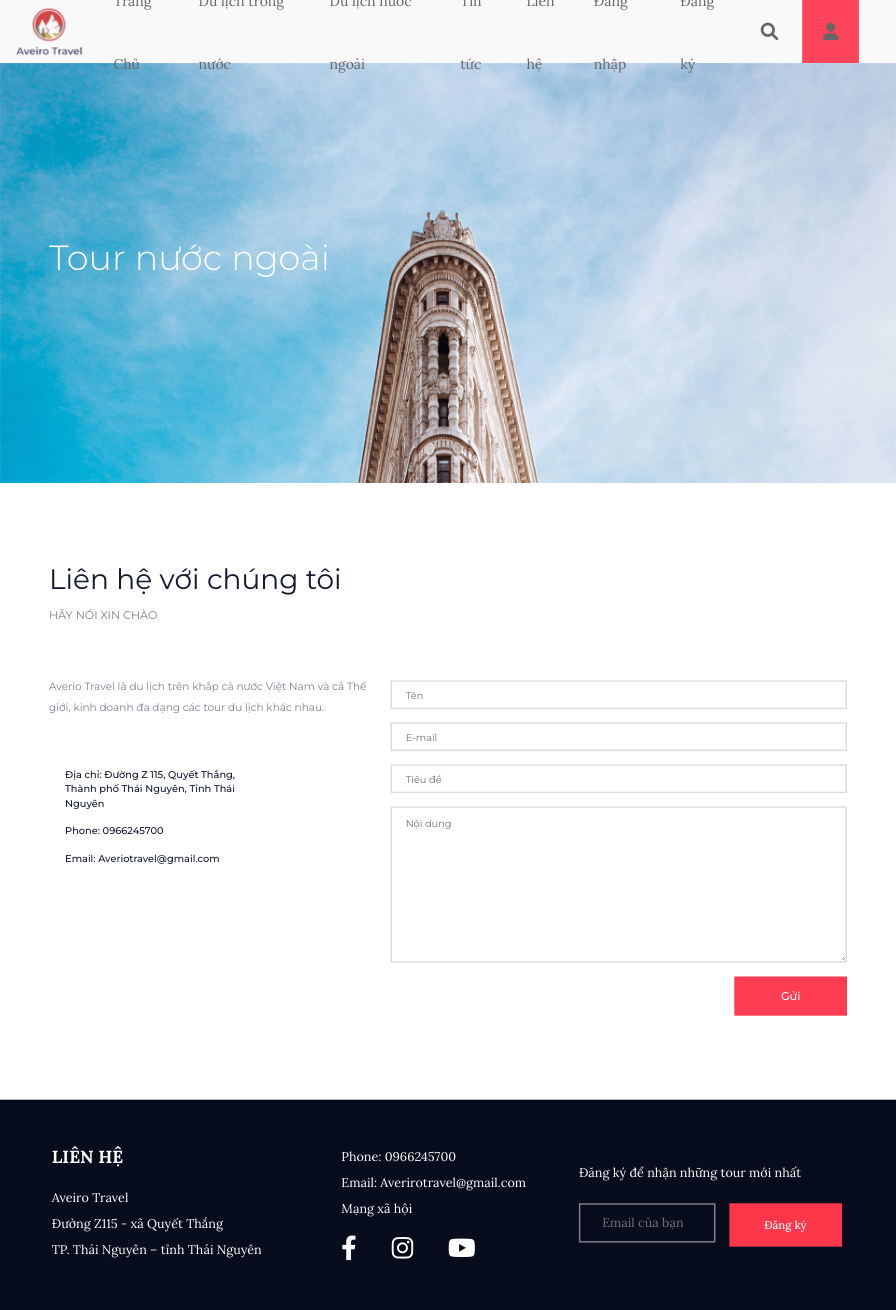
Repository: tuan842001/demotest
Page: /contact
An editor plug-in stored every save of this project. The page is shown before and after the next save, followed by the edit.
The browser window is 1280 px wide. The pictures show the whole page, at 70% of full size.
The project was rebuilt for these pictures with package versions that can differ from the ones it lists, and the page was loaded fresh each time. Also part of the build but not shown: src/components/header/HeaderHome.jsx, src/components/top/top.css, src/components/post/post.css, src/components/post/Post.jsx, src/components/intourPost/intourPost.css, src/components/intourPost/IntourPost.jsx, src/components/posts/posts.css, src/components/posts/Posts.jsx and 20 more.

Above is the page before, as saved 2021-10-16 23:00:32.

### public/index.html
<!DOCTYPE html>
<html lang="en">
  <head>
    <meta charset="utf-8" />
    <link rel="icon" href="%PUBLIC_URL%/favicon.ico" />
    <meta name="viewport" content="width=device-width, initial-scale=1" />
    <meta name="theme-color" content="#000000" />
    <meta name="description" content="Web site created using create-react-app"/>
    <link href="https://fonts.googleapis.com/css2?family=Lora:wght@400;500;600;700&display=swap" rel="stylesheet">
    <link rel="stylesheet" href="https://cdnjs.cloudflare.com/ajax/libs/font-awesome/6.0.0-beta2/css/all.min.css" integrity="sha512-YWzhKL2whUzgiheMoBFwW8CKV4qpHQAEuvilg9FAn5VJUDwKZZxkJNuGM4XkWuk94WCrrwslk8yWNGmY1EduTA==" crossorigin="anonymous" referrerpolicy="no-referrer" />
    <link href="https://fonts.googleapis.com/css2?family=Lora:ital,wght@1,700&family=Montserrat:wght@200&display=swap" rel="stylesheet">
    <link href="https://fonts.googleapis.com/css2?family=Montserrat:wght@400;500;600;700;800;900&display=swap" rel="stylesheet">
	  <Link rel="stylesheet" href="./assets/styles/bootstrap4/popper.js">
	  <Link rel="stylesheet" href="./assets/styles/bootstrap4/bootstrap.min.js">
	  <Link rel="stylesheet" href="./assets/styles/bootstrap4/bootstrap.min.css">
	  <Link rel="stylesheet" href="./assets/styles/plugins/OwlCarousel2-2.2.1/owl.carousel.css">
	  <Link rel="stylesheet" href="./assets/styles/main_styles.css">
      <!--  -->
      <link rel="stylesheet"  href="./assets/styles/bootstrap4/bootstrap.min.css">
      <Link rel="stylesheet"  href="./assets/styles/js/jquery-3.2.1.min.js">
      <Link rel="stylesheet"  href="./assets/styles/bootstrap4/popper.js">
      <Link rel="stylesheet"  href="./assets/styles/bootstrap4/bootstrap.min.js">
      <Link rel="stylesheet"  href="./assets/plugins/OwlCarousel2-2.2.1/owl.carousel.js">
      <Link rel="stylesheet"  href="./assets/plugins/easing/easing.js">
      <Link rel="stylesheet"  href="./assets/plugins/parallax-js-master/parallax.min.js">
      <Link rel="stylesheet"  href="./assets/plugins/magnific-popup/jquery.magnific-popup.min.js">
      <Link rel="stylesheet"  href="./assets/styles/js/custom.js">
      <!--  -->
      <link
      rel="stylesheet"
      href="https://unpkg.com/swiper/swiper-bundle.min.css"
    />
    <title>Aveiro Travel</title>
  </head>
  <body>
    <noscript>You need to enable JavaScript to run this app.</noscript>
    <div id="root"></div>
  </body>
</html>

### src/pages/contact/Contact.jsx
import HeaderOuttour from "../../components/header/HeaderOuttour";
import Bottombar from "../../components/bottombar/Bottombar";
import "./contact.css";

export default function Contact() {
  return (
    <>
      <HeaderOuttour />
      <div className="contact">
        <div className="container">
          <div className="row">
            <div className="col">
              <div className="contactTitle">Liên hệ với chúng tôi</div>
              <div className="contactSubtitle">Hãy nói xin chào</div>
            </div>
          </div>
          <div className="row contactContent">
            <div className="col-lg-5">
              <div className="contactText">
                <p>
                  Averio Travel là du lịch trên khắp cả nước Việt Nam và cả Thế
                  giới, kinh doanh đa dạng các tour du lịch khác nhau.
                </p>
              </div>
              <div className="contactInfo">
                <div className="contactInfoContainer">
                  <ul>
                    <li>
                      Địa chỉ: Đường Z 115, Quyết Thắng, Thành phố Thái Nguyên,
                      Tỉnh Thái Nguyên
                    </li>
                    <li>Phone: 0966245700</li>
                    <li>Email: Averiotravel@gmail.com</li>
                  </ul>
                </div>
              </div>
            </div>
            <div className="col-lg-7">
              <div className="contactFormContainer">
                <form action="#" id="contact_form" class="clearfix">
                  <input
                    id="contact_input_name"
                    class="contact_input contact_input_name"
                    type="text"
                    placeholder="Tên"
                    required="required"
                    data-error="Name is required."
                  />
                  <input
                    id="contact_input_email"
                    class="contact_input contact_input_email"
                    type="text"
                    placeholder="E-mail"
                    required="required"
                    data-error="E-mail is required."
                  />
                  <input
                    id="contact_input_subject"
                    class="contact_input contact_input_subject"
                    type="text"
                    placeholder="Tiêu đề"
                  />
                  <textarea
                    id="contact_input_message"
                    class="contact_message_input contact_input_message"
                    name="message"
                    placeholder="Nội dung"
                    required="required"
                    data-error="Please, write us a message."
                  ></textarea>
                  <button
                    id="contact_send_btn"
                    type="submit"
                    class="contact_send_btn trans_200"
                    value="Submit"
                  >
                    Gửi
                  </button>
                </form>
              </div>
            </div>
          </div>
        </div>
      </div>
      <Bottombar />
    </>
  );
}

### src/components/topbar/TopBar.jsx
import { Link } from "react-router-dom";
import React from "react";
import "./topbar.css";

export default function TopBar() {
  const user = false;
  return (
    <div className="top">
      <div className="topLeft">
        <img
          className="topImg"
          src="./assets/images/logoAveiroTravel.png"
          alt=""
        />
      </div>
      <div className="topCenter">
        <ul className="topList">
          <li className="topListItem">
            <Link
              style={{
                textDecoration: "none",
                color: "inherit",
                fontsize: "20px",
              }}
              to="/"
            >
              Trang Chủ
            </Link>
          </li>
          <li className="topListItem">
            <Link
              style={{
                textDecoration: "none",
                color: "inherit",
                fontsize: "20px",
              }}
              to="/intour"
            >
              Du lịch trong nước
            </Link>
          </li>
          <li className="topListItem">
            <Link
              style={{
                textDecoration: "none",
                color: "inherit",
                fontsize: "20px",
              }}
              to="/outtour"
            >
              Du lịch nước ngoài
            </Link>
          </li>
          <li className="topListItem">
            <Link
              style={{
                textDecoration: "none",
                color: "inherit",
                fontsize: "20px",
              }}
              to="/news"
            >
              Tin tức
            </Link>
          </li>
          <li className="topListItem">
            <Link
              style={{
                textDecoration: "none",
                color: "inherit",
                fontsize: "20px",
              }}
              to="/contact"
            >
              Liên hệ
            </Link>
          </li>
          <li className="topListItem">
            <Link
              style={{
                textDecoration: "none",
                color: "inherit",
                fontsize: "20px",
              }}
              to="/login"
            >
              Đăng nhập
            </Link>
          </li>
          <li className="topListItem">
            <Link
              style={{
                textDecoration: "none",
                color: "inherit",
                fontsize: "20px",
              }}
              to="/register"
            >
              Đăng ký
            </Link>
          </li>
        </ul>
      </div>
      <div className="topRight">
        <div className="topList">
          <div className="topSeach">
            <i className="topSearchIcon fas fa-search"></i>
          </div>
          <div className="topUser">
            <i class="topSearchIcon fas fa-user"></i>
          </div>
        </div>
      </div>
    </div>
  );
}

### src/components/bottombar/Bottombar.jsx
import "./bottombar.css";

export default function Bottombar() {
  return (
    <div className="bottombar">
      <div className="bottomLeft">
        <span className="bottomTitle">LIÊN HỆ</span>
        <span className="bottomText">Aveiro Travel</span>
        <span className="bottomText">Đường Z115 - xã Quyết Thắng</span>
        <span className="bottomText">TP. Thái Nguyên – tỉnh Thái Nguyên</span>
      </div>
      <div className="bottomCenter">
        <span className="bottomText">Phone: 0966245700</span>
        <span className="bottomText">Email: Averirotravel@gmail.com</span>
        <span className="bottomText">
          Mạng xã hội <i></i>
        </span>
        <div className="bottomItem">
          <i className="bottomIcon fab fa-facebook-f"></i>
          <i className="bottomIcon fab fa-instagram"></i>
          <i className="bottomIcon fab fa-youtube"></i>
        </div>
      </div>
      <div className="bottomRight">
        <span className="bottomText">Đăng ký để nhận những tour mới nhất</span>
        <div className="bottomSubscribe">
          <input
            type="email"
            id="bottom_input"
            className="bottom_input"
            placeholder="Email của bạn"
          />
          <button type="submit" id="bottom_button" class="bottom_button">
            Đăng ký
          </button>
        </div>
      </div>
    </div>
  );
}

### src/app.css
*{
    margin: 0;
    padding: 0;
    -webkit-font-smoothing: antialiased;
    -webkit-text-shadow: rgba(0,0,0,.01) 0 0 1px;
    text-shadow: rgb(0 0 0 / 1%) 0 0 1px;
}
body{
    font-family: 'Montserrat', sans-serif;
    font-size: 14px;
    font-weight: 400;
    background: #FFFFFF;
    color: #131a2f;
}
ul{
    list-style: none;
    margin-bottom: 0px;
    padding-left: 0rem !important;
}
a{
    display: block;
    font-size: 16px;
    font-weight: 500;
    line-height: 56px;
    text-decoration: none;
    background-color: transparent;
}

.sectionTitle{
    padding-top: 30px;
    line-height: 1.1;
    font-size: 40px;
    font-weight: 300;
    text-align: center!important;

}
.sectionTitle div {
    font-size: 16px;
    font-weight: 600;
    color: #7d8293;
    text-transform: uppercase;
    margin-top: 19px;
}
img{
    vertical-align: middle;
    border-style: none;
}
/* div{
    display: block;
    position: relative;
    -webkit-box-sizing: border-box;
    -moz-box-sizing: border-box;
    box-sizing: border-box;
} */


.dropdown-content {
    display: none;
    position: absolute;
    right: 0;
    top: 100%;
    margin: 0;
    width: 100%;
    background: #FFFFFF;

    z-index: 1;
    box-shadow: 0 15px 25px rgb(63 78 100 / 15%);
}

.dropdown:hover .dropdown-content {
    display: block;
}
.btn-primary {
    color: #fff;
    background-color: #fe435b;
    border-color: #fe435b;
    font-weight: 500;
}

### src/components/header/HeaderOuttour.jsx
import "./header.css";

export default function HeaderOuttour() {
  return (
    <div>
      <div className="headerIntour">
        <div className="headerIntourBackground">
          <img src="./assets/images/news.jpg" alt="" />
        </div>
        <div class="container">
          <div class="row">
            <div class="col">
              <div class="header_content">
                <div class="header_content_inner">
                  <div class="header_title">Tour nước ngoài</div>
                  <div class="header_breadcrumbs">
                    <ul class="header_breadcrumbs_list">
                      <li class="header_breadcrumb"></li>
                    </ul>
                  </div>
                </div>
              </div>
            </div>
          </div>
        </div>
      </div>
    </div>
  );
}

### src/pages/contact/contact.css
.contact {
    padding-top: 107px;
    padding-bottom: 120px;
}
.contactTitle {
    font-size: 40px;
    font-weight: 400;
    color: #131a2f;
}
.contactSubtitle {
    font-size: 16px;
    text-transform: uppercase;
    color: #7d8293;
    margin-top: 10px;
}


.contactContent {
    margin-top: 74px;
}
.contactInfo {
    margin-top: 75px;
}
.contactText p {
    font-size: 15px;
    line-height: 2;
    font-weight: 400;
    color: #7d8293;
    -webkit-font-smoothing: antialiased;
    -webkit-text-shadow: rgba(0,0,0,.01) 0 0 1px;
    text-shadow: rgb(0 0 0 / 1%) 0 0 1px;
}
.contactInfoContainer {
    display: inline-block;
    vertical-align: top;
    margin-top: -4px;
    padding-left: 23px;
    max-width: 310px;
}
.contactInfoContainer ul li {
    font-size: 14px;
    color: #131a2f;
    font-weight: 500;
    margin-bottom: 18px;
}


.contactFormContainer {
    width: 100%;
    margin-top: 7px;
}
.contact_form_container {
    width: 100%;
    margin-top: 7px;
}
.contact_input {
    width: 100%;
    height: 41px;
    border: solid 2px #dbdbdb;
    padding-left: 20px;
    margin-bottom: 19px;
    outline: none;
}
.contact_input_message {
    width: 100%;
    height: 223px;
    border: solid 2px #dbdbdb;
    outline: none;
    padding-top: 13px;
    padding-left: 20px;
}
.contact_send_btn {
    width: 161px;
    height: 56px;
    background: rgba(254,60,82,1);
    border: none;
    outline: none;
    float: right;
    color: #FFFFFF;
    font-size: 16px;
    font-weight: 500;
    cursor: pointer;
    margin-top: 14px;
}

### src/components/topbar/topbar.css
.top{
    width: 100%;
    height: 90px;
    background-color: #f9f9f9;
    position: sticky;
    top: 0;
    display: flex;
    align-items: center;
    font-family: 'Lora', serif;
    color: #666;
    z-index: 999;
}

.topLeft{
    flex: 1;
    display: flex;
    align-items: center;
    justify-content: center;
}
.topCenter{
    flex: 8;
}
/* .topCenter ul{
    padding-left: 10rem !important;
}  */
.topRight{
    flex: 2;
    display: inline-flex;
    height: 100%;
    width: 100%;
}
.topImg{
    width: 140px;
    height: 90px;
    object-fit: cover;
}
.topList{
    height: 100%;
    display: inline-flex;
}
.topListItem{
    display: inline-block;
    position: relative;
    padding-top: 2px;
}
.topListItem a {
    display: block;
    font-size: 20px;
    font-weight: 400;
    line-height: 90px;
    padding-left: 22px;
    padding-right: 22px;
}
.topSearchIcon{
    font-size: 25px;
    width: 100%;
    color: #666;
    text-align: center;
    margin-left: auto;
    margin-right: auto;
    line-height: 90px;
    cursor: pointer;
}
.topListItem.active::after {
    display: block;
    position: absolute;
    bottom: 1px;
    left: 0;
    width: 100%;
    height: 3px;
    background: #fe435b;
    content: '';
}

.topSeach{
    width: 100%;
}
.topUser{
    width: 150px;
    background-color: #fe435b;
    float: right;
    margin-right: 0px;
}

### src/components/bottombar/bottombar.css
.bottombar{
    width: 100%;
    height: 300px;
    background-color: #080d1d;
    display: flex;
    align-items: center;
    font-family: 'Lora', serif;
    color: #fff;
    font-size: 18px;
    position: absolute;
}
.bottomLeft, .bottomCenter {
    flex: 3;
    display: flex;
    flex-direction: column;
    justify-content: center;
    margin-left: 74px;
}

.bottomRight{
    flex: 4;
    display: flex;
    flex-direction: column;
    justify-content: center;
}
.bottomTitle{
    font-size: 25px;
    font-weight: 700;
    margin-bottom: 25px;
}
.bottomText{
    margin-bottom: 10px;
}
.bottomIcon{
    font-size: 35px;
    margin-top: 15px;
    margin-right: 50px;
    cursor: pointer;
}
.bottomSubscribe{
    display: flex;
    margin-top: 20px;
}
.bottom_input{
    width: calc(65% - 100px);
    height: 56px;
    border: solid 2px rgba(255,255,255,0.5);
    outline: none;
    background: transparent;
    padding-left: 31px;
    color: #FFFFFF;
}
.bottom_button{
    width: 161px;
    height: 62px;
    vertical-align: top;
    cursor: pointer;
    border: none;
    outline: none;
    background: #fe364a;
    color: #FFFFFF;
    font-size: 16px;
    margin-left: 20px;
    font-weight: 500;
    -webkit-transition: all 200ms ease;
    -moz-transition: all 200ms ease;
    -ms-transition: all 200ms ease;
    -o-transition: all 200ms ease;
    transition: all 200ms ease;
}

### src/components/header/header.css
.header{
    width: 100%;
    height: 100vh;
    font-family: 'Montserrat', sans-serif;
}
.headerBackground, .headerBackground img{
    position: absolute;
    top: 0;
    left: 0;
    width: 100%;
    height: 100%;
    background-repeat: no-repeat;
    background-size: cover;
    background-position: center center;
}
.headerContent{
    position: absolute;
    top: 25%;
    left: 50%;
    -webkit-transform: translateX(-50%);
    -moz-transform: translateX(-50%);
    -ms-transform: translateX(-50%);
    -o-transform: translateX(-50%);
    transform: translateX(-50%);
    width: 80%;
    text-align: center;
}
.headerTitleSm{
    position: absolute;
    top: 50%;
    left: 48%;
    -webkit-transform: translate(-50%, -50%);
    -moz-transform: translate(-50%, -50%);
    -ms-transform: translate(-50%, -50%);
    -o-transform: translate(-50%, -50%);
    transform: translate(-50%, -50%);
    width: 100%;
    font-size: 72px;
    font-weight: 400;
    color: #FFFFFF;
    text-shadow: 0px 11px 51px rgb(0 0 0 / 35%);

}
.headerTitleLg{
    font-size: 220px;
    font-weight: 900;
    color: #fdaa27;
    opacity: 0.35;
    text-transform: uppercase;
    line-height: 0.75;
}

/* Header Intour */
.headerIntour{
    width: 100%;
    height: 600px;
}
.headerIntourBackground, .headerIntourBackground img{
    position: absolute;
    top: 0;
    left: 0;
    width: 100%;
    height: 100%;
    background-repeat: no-repeat;
    background-size: cover;
    background-position: center center;
}
.header_content {
    width: 100%;
    height: 601px;
}
.header_content_inner {
    position: absolute;
    top: 40%;
    left: 0;
    width: 100%;
    text-align: left;
}
.header_title {
    font-size: 50px;
    font-weight: 300;
    color: #FFFFFF;
}
.header_breadcrumbs {
    margin-top: -6px;
}

Loaded but not shown: src/index.js (common file); public/assets/styles/bootstrap4/popper.js (library); public/assets/styles/bootstrap4/bootstrap.min.js (library); public/assets/styles/bootstrap4/bootstrap.min.css (library); public/assets/styles/plugins/OwlCarousel2-2.2.1/owl.carousel.css (library); public/assets/styles/js/jquery-3.2.1.min.js (library); public/assets/styles/plugins/OwlCarousel2-2.2.1/owl.carousel.js (library); public/assets/styles/plugins/easing/easing.js (library); public/assets/styles/plugins/parallax-js-master/parallax.min.js (library); public/assets/styles/plugins/magnific-popup/jquery.magnific-popup.min.js (library); public/assets/styles/js/custom.js (219 lines, source omitted); src/App.js (51 lines, source omitted); public/assets/styles/main_styles.css (1627 lines, source omitted); src/pages/outtour/test.css (1543 lines, source omitted); src/pages/intour/intour.css (no stored copy; drawn as an empty file)

After the next save:
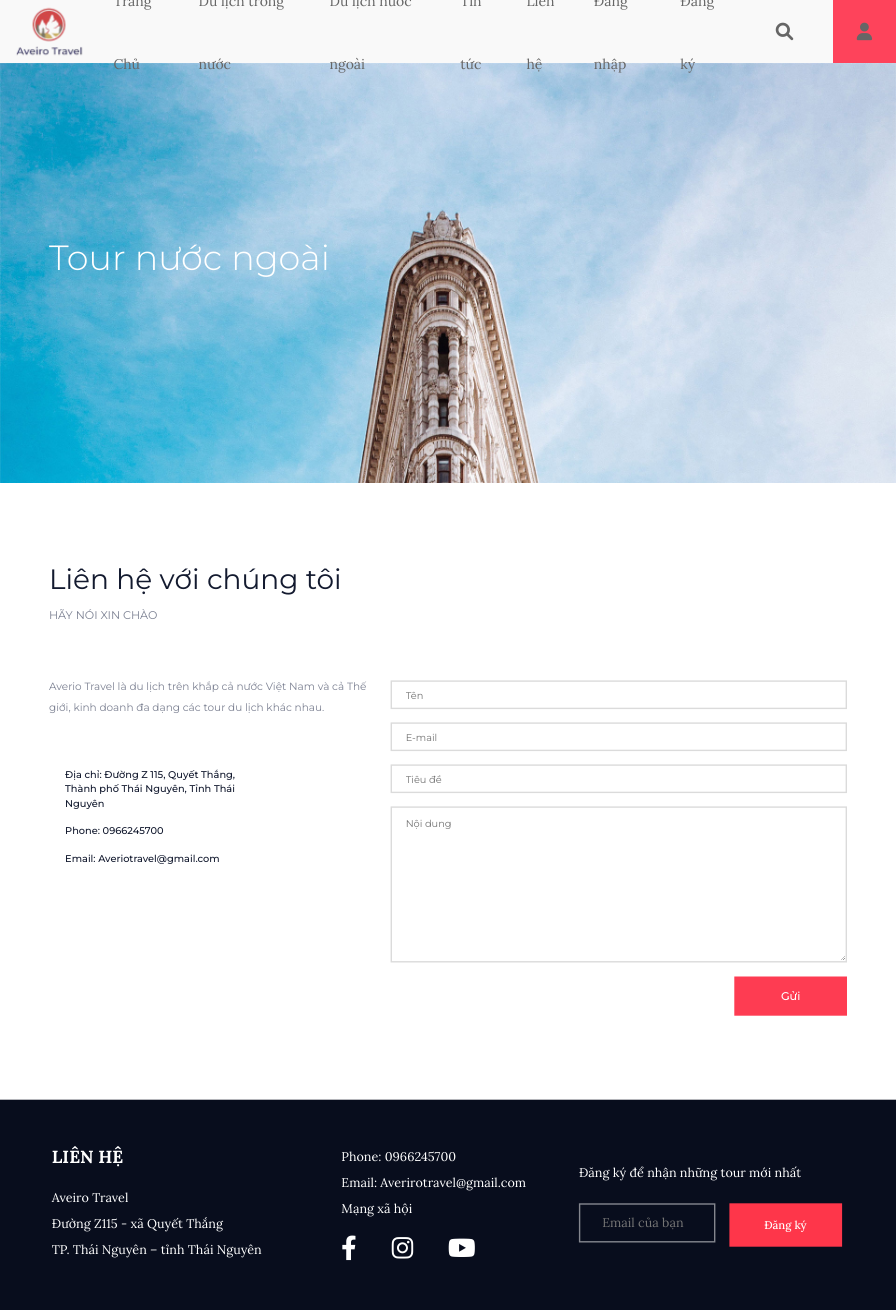
Saved 2 min 41 s later.
--- a/src/components/topbar/topbar.css
+++ b/src/components/topbar/topbar.css
@@ -25,7 +25,7 @@
 }  */
 .topRight{
     flex: 2;
-    display: inline-flex;
+    display: grid;
     height: 100%;
     width: 100%;
 }
